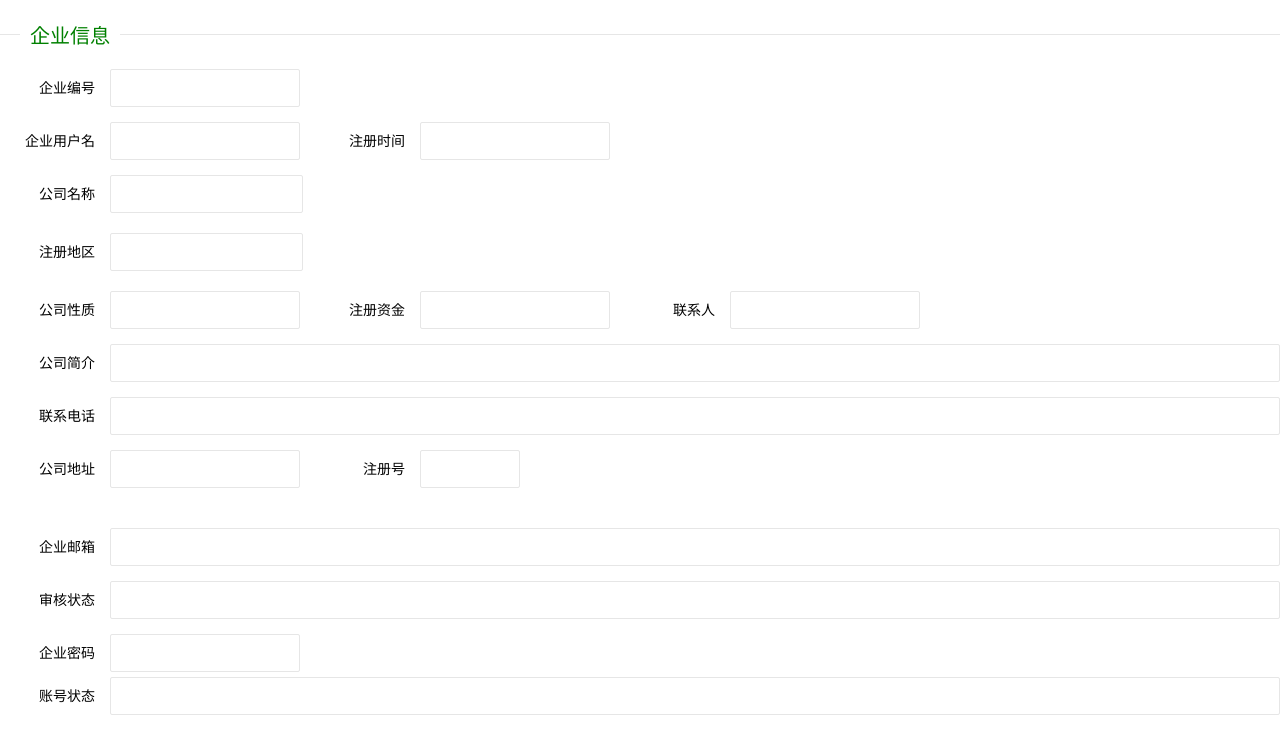
Repository: LongJinhe-coder/java-web-
Page: http://localhost/projectDemo1/displayFirmResume.jsp
An editor plug-in stored every save of this project. The page is shown before and after the next save, followed by the edit.
The browser window is 1280 px wide. The pictures show the whole page.
The page is served by Tomcat 9. The template is opened directly, without the code that normally fills it, so the values that code supplies are empty.

Above is the page before, as saved 2020-07-28 12:48:42.

After the next save:
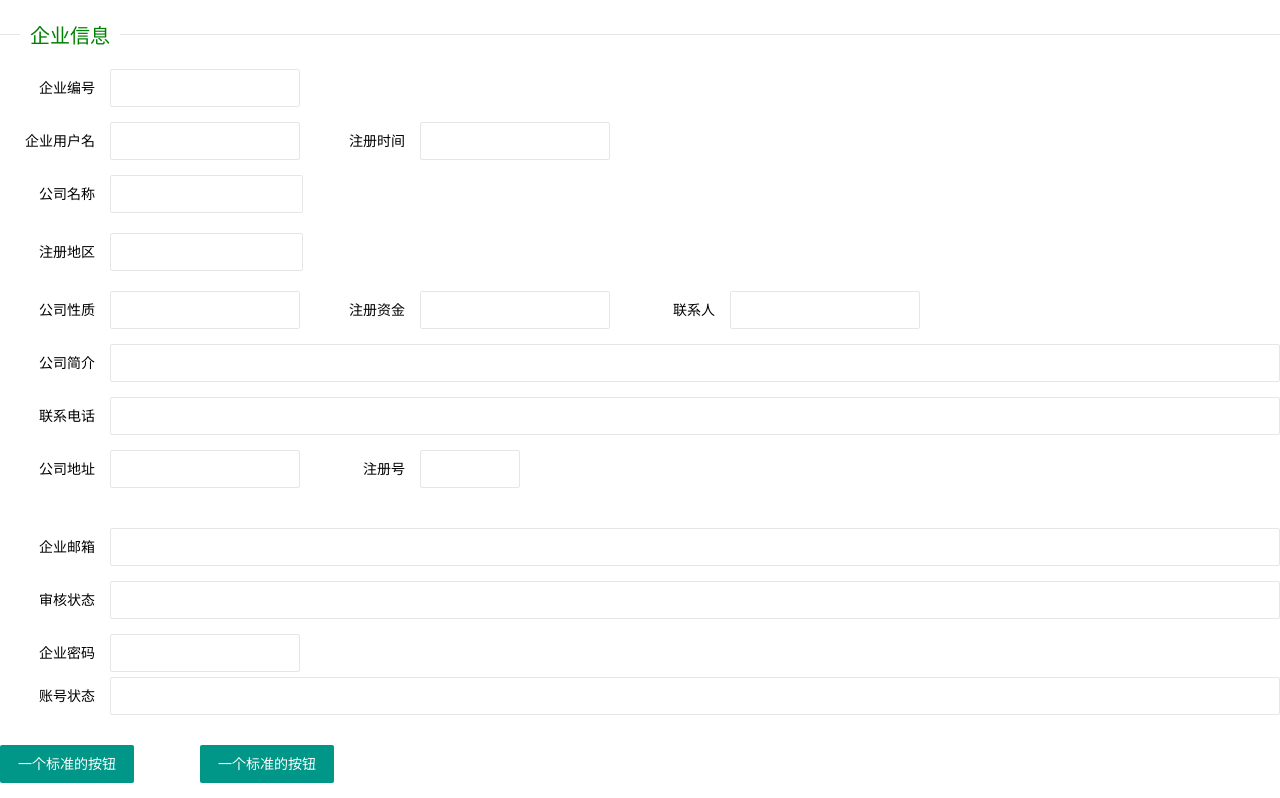
Saved 2 min 6 s later.
--- a/MyEclipse CI/projectDemo1/WebRoot/displayFirmResume.jsp
+++ b/MyEclipse CI/projectDemo1/WebRoot/displayFirmResume.jsp
@@ -119,9 +119,7 @@ String basePath = request.getScheme()+"://"+request.getServerName()+":"+request.
       <div class="layui-input-inline" style="width: 100px;">
         <input type="text" name="registerNum" value="${firm.registerNum}" readonly="readonly" class="layui-input">
       </div>
-
     </div>
-
   </div>
    <div class="layui-form-item">
    <div class="layui-inline">
@@ -143,7 +141,6 @@ String basePath = request.getScheme()+"://"+request.getServerName()+":"+request.
     </div>
   </div>
 
-
   <div class="layui-form-item">
     <div class="layui-inline">
       <label class="layui-form-label">企业密码</label>
@@ -151,7 +148,6 @@ String basePath = request.getScheme()+"://"+request.getServerName()+":"+request.
         <input type="text" name="frimpwd"  value="${firm.firmPwd}" readonly="readonly" class="layui-input">
       </div>
     </div>
-
 
      <div class="layui-form-item">
 
@@ -161,7 +157,18 @@ String basePath = request.getScheme()+"://"+request.getServerName()+":"+request.
       </div>
     </div>
     </div>
+
+    <div class="layui-form-item">
+      <div class="layui-input-inline">
+        <button type="button" class="layui-btn">一个标准的按钮</button>
+      </div>
+
+      <div class="layui-input-inline">
+       <button type="button" class="layui-btn">一个标准的按钮</button>
+		</div>
+    </div>
   </form>
+
 <script src="layui/layui.js" charset="utf-8"></script>
 <!-- 注意：如果你直接复制所有代码到本地，上述js路径需要改成你本地的 -->
 
